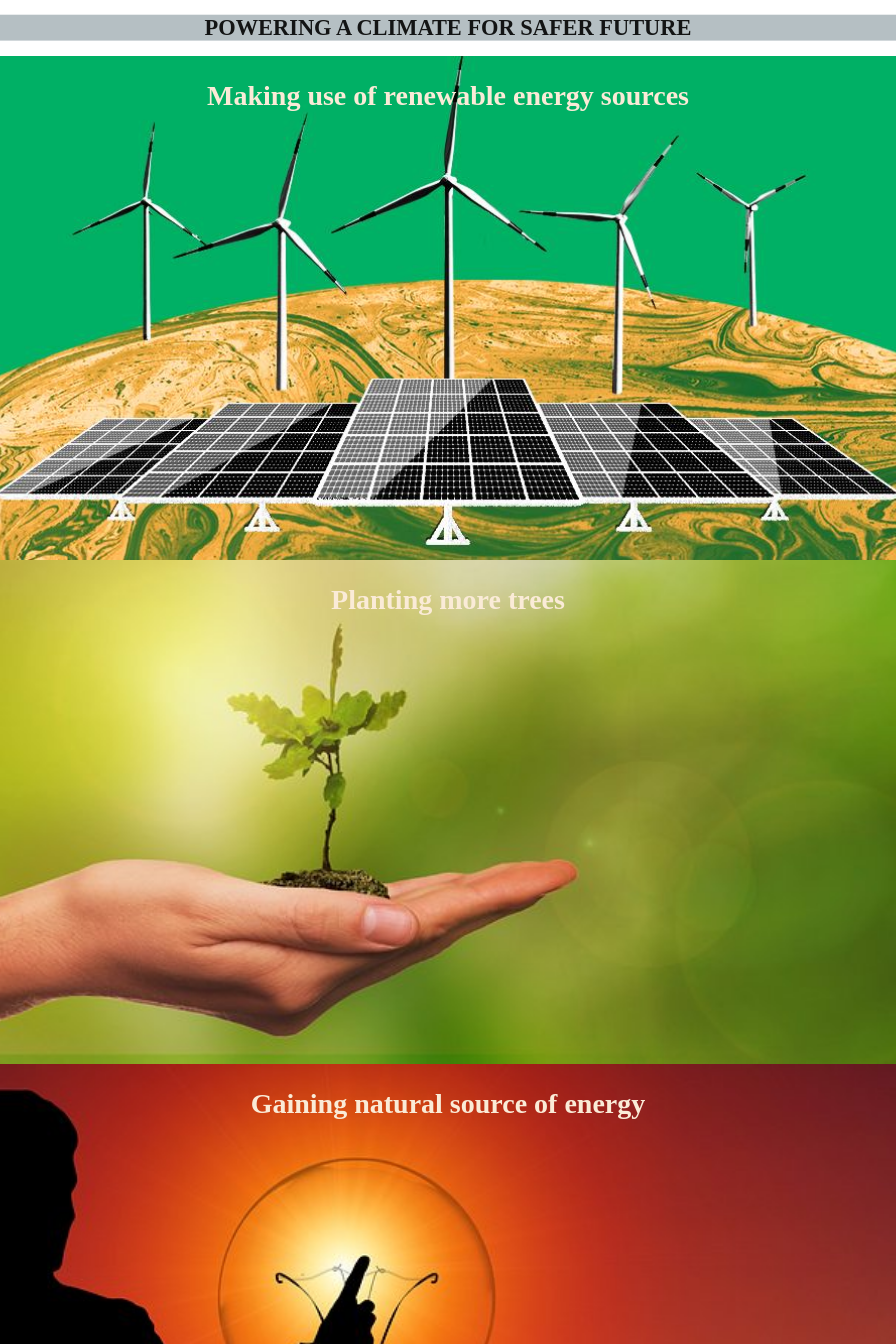
Repository: NavinDayanithi/static-web-design-competition
Page: index.html
An editor plug-in stored every save of this project. The page is shown before and after the next save, followed by the edit.
The browser window is 1280 px wide. The pictures show the part of the page from y = 0 to 1920 px (the page is 4420 px tall), at 70% of full size.
Backgrounds fixed to the window are drawn as part of the page.

Above is the page before, as saved 2023-04-28 20:40:38.

After the next save:
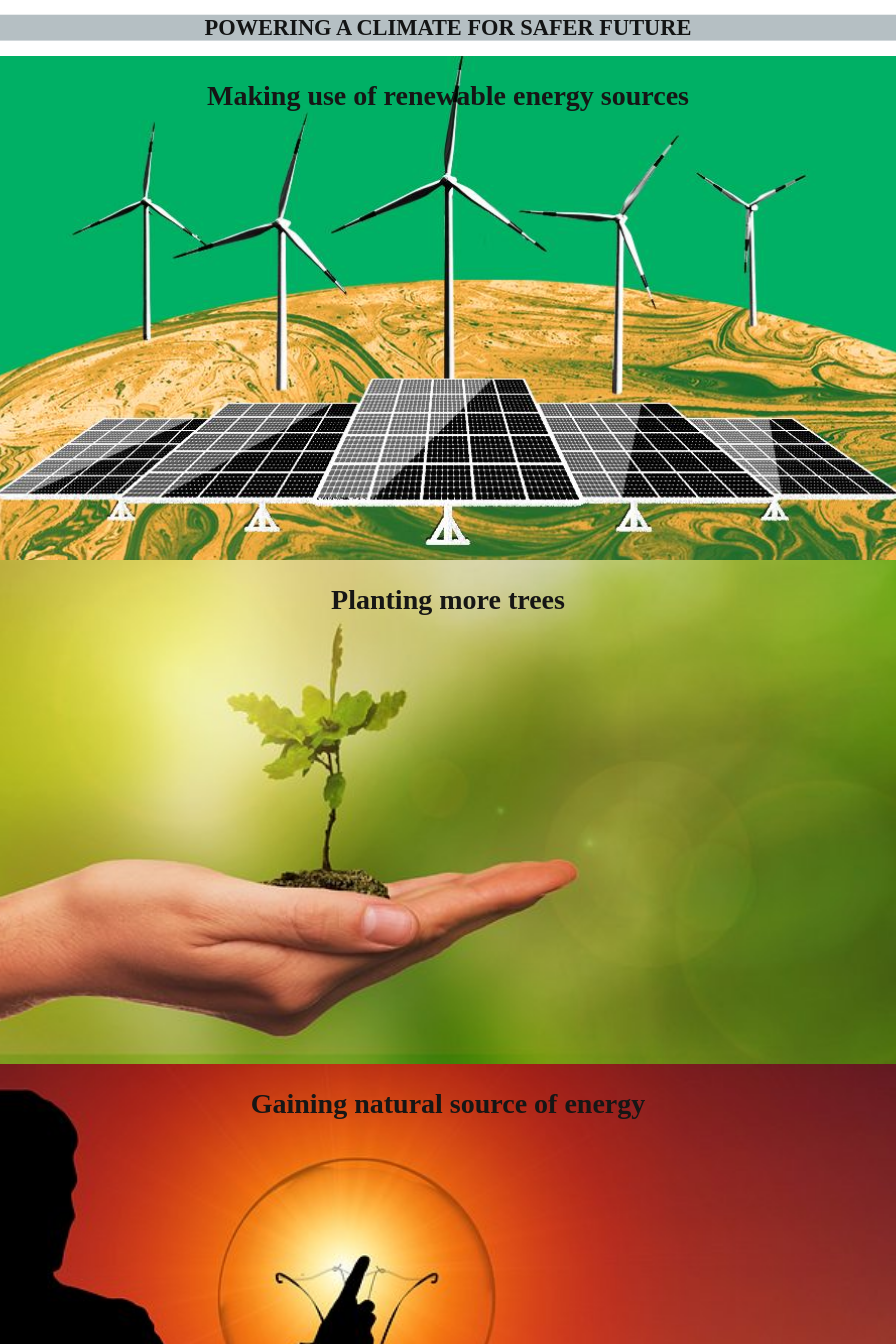
Saved 24 s later.
--- a/styles.css
+++ b/styles.css
@@ -8,7 +8,7 @@ h1
 }
 h2{
     text-align: center;
-    color: antiquewhite;
+    color: rgb(22, 22, 21);
     font-size:40px;
 }
 
